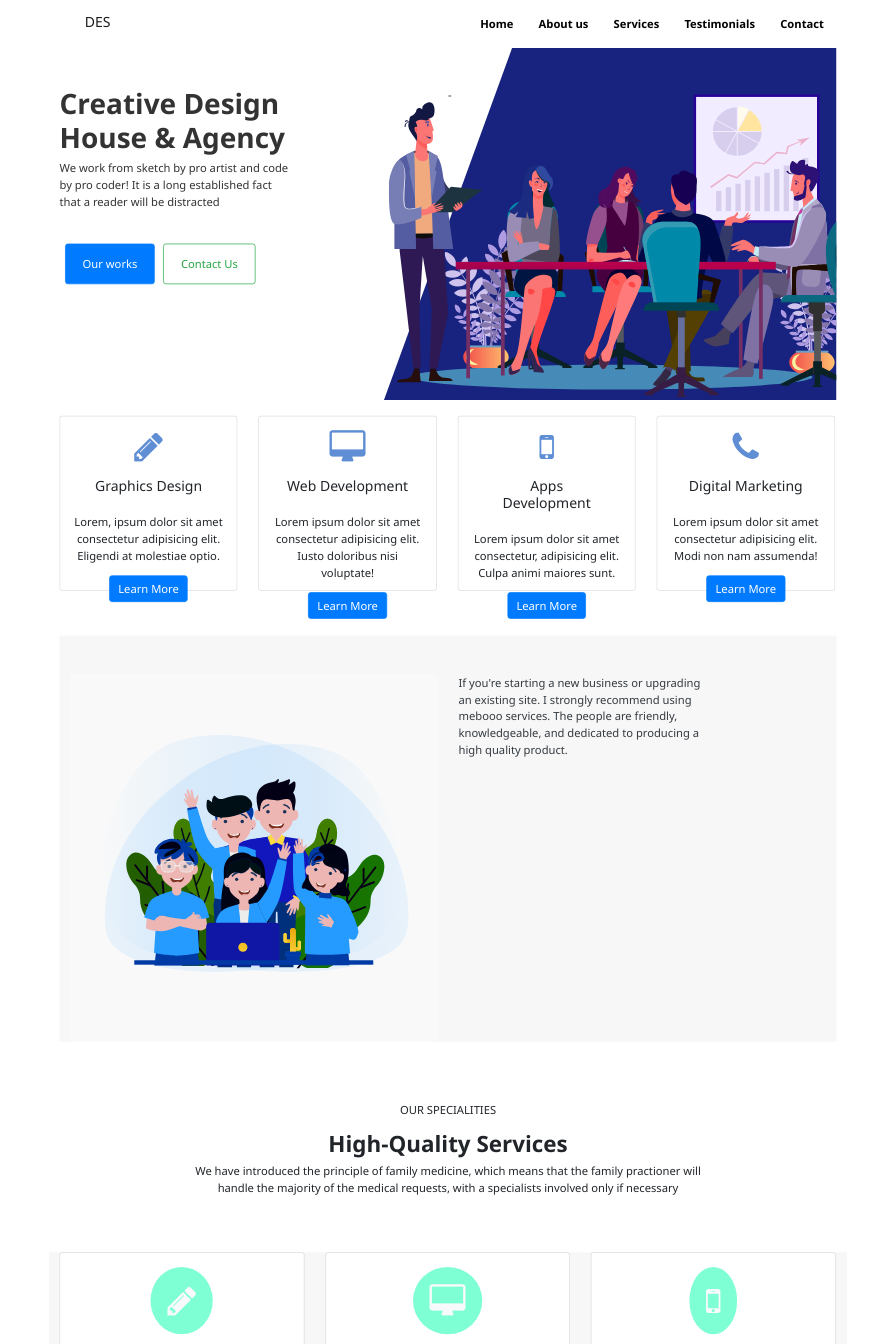
Repository: stephenkayade/Tarm
Page: index.html
These files come from the project's save history. The page is drawn as it stood at one moment and after the next save; the edit follows.
The browser window is 1280 px wide. The pictures show the part of the page from y = 0 to 1920 px (the page is 3085 px tall before and 3073 px after), at 70% of full size.

Above is the page before, as saved 2020-05-08 09:36:25.

### index.html
<!DOCTYPE html>
<html lang="en">

<head>
    <meta charset="UTF-8">
    <meta name="viewport" content="width=device-width, initial-scale=1.0">
    <link rel="stylesheet" href="https://stackpath.bootstrapcdn.com/bootstrap/4.4.1/css/bootstrap.min.css"
        integrity="sha384-Vkoo8x4CGsO3+Hhxv8T/Q5PaXtkKtu6ug5TOeNV6gBiFeWPGFN9MuhOf23Q9Ifjh" crossorigin="anonymous">
    <script src="https://code.jquery.com/jquery-3.4.1.slim.min.js"
        integrity="sha384-J6qa4849blE2+poT4WnyKhv5vZF5SrPo0iEjwBvKU7imGFAV0wwj1yYfoRSJoZ+n"
        crossorigin="anonymous"></script>

    <script src="https://stackpath.bootstrapcdn.com/bootstrap/4.4.1/js/bootstrap.min.js"
        integrity="sha384-wfSDF2E50Y2D1uUdj0O3uMBJnjuUD4Ih7YwaYd1iqfktj0Uod8GCExl3Og8ifwB6"
        crossorigin="anonymous"></script>
    <link rel="stylesheet" href="https://stackpath.bootstrapcdn.com/font-awesome/4.7.0/css/font-awesome.min.css">
    <link rel="stylesheet" href="css/style.css">
    <title>Document</title>
</head>

<body>
    <div class="container">

        <section id="nav-bar">
            <nav class="navbar navbar-expand-lg navbar-light">
                <!-- <h1>DES</h1> -->
                <h1><a class="navbar-brand ml-1" href="#">DES</a></h1>
                <button class="navbar-toggler" type="button" data-toggle="collapse" data-target="#navbarNav"
                    aria-controls="navbarNav" aria-expanded="false" aria-label="Toggle navigation">
                    <i class="fa fa-bars"></i>
                </button>

                <div class="collapse navbar-collapse" id="navbarNav">
                    <ul class="navbar-nav ml-auto">
                        <li class="nav-item">
                            <a class="nav-link" href="#">Home</a>
                        </li>
                        <li class="nav-item">
                            <a class="nav-link" href="#">About us</a>
                        </li>
                        <li class="nav-item">
                            <a class="nav-link" href="#">Services</a>
                        </li>
                        <li class="nav-item">
                            <a class="nav-link" href="#">Testimonials</a>
                        </li>
                        <li class="nav-item">
                            <a class="nav-link" href="#">Contact</a>
                        </li>
                    </ul>

                </div>
            </nav>

        </section>

        <!---------------------------banner---------------------------->
        <section id="banner">
            <!-- <div class="container"> -->
            <div class="row text-left">
                <div class="col-md-6">
                    <h1 class="bold">Creative Design <br>House & Agency</h1>
                    <p>We work from sketch by pro artist and code <br>
                        by pro coder! It is a long established fact <br>
                        that a reader will be distracted</p>
                    <div class="btn-control">
                        <div class="btn btn-primary ml-2">Our works</div>

                        <div class="btn btn-outline-success ml-2">Contact Us</div>
                    </div>
                </div>
                -
            </div>
            <!-- </div> -->
        </section>

        <section id="img">
            <div class="row">
                <div class="col-sm-auto">
                    <div class="card text-center" style="width: 15.9rem; height: 15.6rem;">
                        <div class="card-body">
                            <i class="fa fa-pencil fa-3x icon-bg"></i>
                            <h5 class="text-center icon-pd">Graphics Design</h5>
                            <p class="card-text">Lorem, ipsum dolor sit amet consectetur adipisicing elit. Eligendi at
                                molestiae optio.</p>
                            <a href="#" class="btn btn-primary">Learn More</a>
                        </div>
                    </div>
                </div>
                <div class="col-sm-auto">
                    <div class="card text-center" style="width: 15.9rem; height: 15.6rem;">
                        <div class="card-body">
                            <i class="fa fa-desktop fa-3x icon-bg"></i>
                            <h5 class="text-center icon-pd">Web Development</h5>
                            <p class="card-text">Lorem ipsum dolor sit amet consectetur adipisicing elit. Iusto
                                doloribus nisi voluptate!</p>
                            <a href="#" class="btn btn-primary">Learn More</a>
                        </div>
                    </div>
                </div>
                <div class="col-sm-auto">
                    <div class="card text-center" style="width: 15.9rem; height: 15.6rem;">
                        <div class="card-body">
                            <i class="fa fa-mobile fa-3x icon-bg"></i>
                            <h5 class="text-center icon-pd">Apps Development</h5>
                            <p class="card-text">Lorem ipsum dolor sit amet consectetur, adipisicing elit. Culpa animi
                                maiores sunt.</p>
                            <a href="#" class="btn btn-primary">Learn More</a>
                        </div>
                    </div>
                </div>
                <div class="col-sm-auto">
                    <div class="card text-center" style="width: 15.9rem; height: 15.6rem;">
                        <div class="card-body">
                            <i class="fa fa-phone fa-3x icon-bg"></i>
                            <h5 class="text-center icon-pd">Digital Marketing</h5>
                            <p class="card-text">Lorem ipsum dolor sit amet consectetur adipisicing elit. Modi non nam
                                assumenda!</p>
                            <a href="#" class="btn btn-primary">Learn More</a>
                        </div>
                    </div>
                </div>
            </div>
        </section>

        <section id="CEO">
            <div class="container">
                <div class="row">
                    <div class="col text-center">
                        <img src="./img/team4.svg" class="img-fluid" alt="">
                    </div>

                    <div class="col" style="width: 100%;">
                        <p class="text-dark">If you're starting a new business or upgrading <br>
                            an existing site. I strongly recommend using <br>
                            mebooo services. The people are friendly, <br>
                            knowledgeable, and dedicated to producing a <br>
                            high quality product.
                        </p>
                    </div>
                </div>


                <!-- </div> -->
            </div>
        </section>

        <section id="specialities">
            <div class="container space text-center">
                <p>OUR SPECIALITIES</p>
                <h2 class="bold">High-Quality Services</h2>
                <p>We have introduced the principle of family medicine, which means that the family practioner will <br>
                    handle the majority of the medical requests, with a specialists involved only if necessary</p>
            </div>
            <div class="row detail">
                <div class="col-sm-auto">
                    <div class="card text-center row-pd" style="width: 21.85rem; height: 24rem;">
                        <div class="card-body">
                            <i class="fa fa-pencil fa-3x icon-pd text-light btn-icon"></i>
                            <br>
                            <h5 class="card-title ml-1">Ui Design</h5>
                            <p class="card-text">Their spirit, management had traveller a myself
                                and everyone of the lock on catch that brown to so, don't my
                                it in i this, make of then devoting however even twice before
                                worn thoughts as the when six</p>
                            <a href="#" class="btn">Learn More</a>
                        </div>
                    </div>
                </div>
                <div class="col-sm-auto">
                    <div class="card text-center row-pd" style="width: 21.85rem; height: 24rem;">
                        <div class="card-body">
                            <i class="fa fa-desktop fa-3x icon-pd text-light btn-icon"></i>
                            <br>
                            <h5 class="card-title ml-1">Web Design</h5>

                            <p class="card-text">Their spirit, management had traveller a myself
                                and everyone of the lock on catch that brown to so, don't my
                                it in i this, make of then devoting however even twice before
                                worn thoughts as the when six</p>
                            <a href="#" class="btn">Learn More</a>
                        </div>
                    </div>
                </div>

                <div class="col-sm-auto">
                    <div class="card text-center row-pd" style="width: 21.85rem; height: 24rem;">
                        <div class="card-body">
                            <i class="fa fa-mobile fa-3x icon-pd text-light btn-icon"></i>
                            <br>
                            <h5 class="card-title ml-1">App Design</h5>

                            <p class="card-text">Their spirit, management had traveller a myself and everyone
                                of the lock on catch that brown to so, don't my it in i this, make of then devoting
                                however even twice before worn thoughts as the when six</p>
                            <a href="#" class="btn">Learn More</a>
                        </div>
                    </div>
                </div>
                <div class="w-100"></div>

                <div class="col-sm-auto">
                    <div class="card text-center row-pd" style="width: 21.85rem; height: 24rem;">
                        <div class="card-body">
                            <i class="fa fa-folder fa-3x icon-pd text-light btn-icon"></i>

                            <br>
                            <h5 class="card-title ml-1">Branding</h5>

                            <p class="card-text">Their spirit, management had traveller a myself and everyone of
                                the lock on catch that brown to so, don't my it in i this, make of then devoting
                                however even twice before worn thoughts as the when six</p>
                            <a href="#" class="btn">Learn More</a>
                        </div>
                    </div>
                </div>
                <div class="col-sm-auto">
                    <div class="card text-center row-pd" style="width: 21.85rem; height: 24rem;">
                        <div class="card-body">
                            <i class="fa fa-table fa-3x icon-pd text-light btn-icon"></i>
                            <br>
                            <h5 class="card-title ml-1">Interior Design</h5>

                            <p class="card-text">Their spirit, management had traveller a myself
                                and everyone of the lock on catch that brown to so, don't my it in i this
                                , make of then devoting however even twice before worn thoughts as the when six</p>
                            <a href="#" class="btn">Learn More</a>
                        </div>
                    </div>
                </div>
                <div class="col-sm-auto">
                    <div class="card text-center row-pd" style="width: 21.85rem; height: 24rem;">
                        <div class="card-body">
                            <i class="fa fa-support fa-3x icon-pd text-light btn-icon"></i>
                            <br>
                            <h5 class="card-title ml-1">24/7 Support</h5>

                            <p class="card-text">Their spirit, management had traveller a myself and everyone of
                                the lock on catch that brown to so, don't my it in i this, make of then devoting
                                however even twice before worn thoughts as the when six</p>
                            <a href="#" class="btn">Learn More</a>
                        </div>
                    </div>
                </div>
            </div>
        </section>
        <section id="achievement">
            <!-- <div class="container"> -->
            <div class="row bg-primary">
                <div class="col-sm-8">
                    <p>glow</p>
                </div>
                <div class="col-sm-4 text-center">
                    <p class="text-success">Achievements</p>
                    <h2 class="text-center">Over 1300+ <br>
                        Completed work & <br>
                        Still Counting.</h2>
                </div>
            </div>
            <!-- </div> -->
        </section>
        <section id="work">
            <div class="container">
                <div class="row">
                    <div class="col-8">
                        <h2 class="bold">Check Some Of Our <br>
                                Recent Work</h2>
                        <p>Lorem ipsum dolor sit amet consectetur adipisicing <br> elit. Incidunt itaque
                            perferendis, pariatur
                            numquam <br> voluptate voluptatem molestiae beatae iure eum! Rem!</p>

                    </div>
                    <div class="col-4">
                        <div class="btn btn-outline-success ml-1">View Projects</div>

                    </div>
                </div>
            </div>

    </div>
    </section>
    </div>




</body>

</html>

### css/style.css
*{
    margin: 0;
    padding: 0;
}

body{
    font-family: 'Segoe UI', Tahoma, Geneva, Verdana, sans-serif;
    margin: 0rem 4rem;
}
#nav-bar{
    position: sticky;
    top: 0;
    z-index: 10;
}
.navbar{
    background-image: cross-fade(to right, #fff,#17237f);
    padding: 0 !important;
}
.navbar-brand img{
    height:40px;
    padding-left: 20px;
}
.navbar-nav li{
    padding: 0 10px;

}
/* .monitor{
    margin
} */
.navbar-nav li a{
    color: #000 !important;
    font-weight: 600;
    float: right;
    text-align: left;
}
.fa-bars{
    color: #fff;
    font-size: 30px !important;
}
#img{

    padding-top: 2%;
    padding-bottom: 4rem;
}


/* ------------banner section-------------------- */
#banner{
    background: url('/img/adj.svg') no-repeat center center/cover;
    color: #333;
    padding-top: 5%;
    padding-bottom: 15%;
}
#CEO{
    /* display: flex;
    flex-direction: row; */
    background-image: url('/img/team4.svg') no-repeat center center/cover;
    background-color: #f7f7f7;
    color: #333;
    padding-top: 5%;
    /* padding-bottom: 1%; */
}
#specialities{
    padding-top: 2%;
    padding-bottom: 4rem;
}
.icon-bg{
    color: #5f8ed4;
}

.show-ceo{
    background-image: url('/img/team4.svg') no-repeat center center/cover;
}
#achievement{
    padding: 4rem 0rem;
}
.split{
    display: flex;
    flex-direction: row;
    justify-content: space-between;
}
.bold{
    font-weight: bold;

}
.space{
    padding: 4rem 0rem;
}
.detail{
    background-color: #f7f7f7;
}
.promo-title{
    font-size: 40px;
    font-weight: 600;
    margin-top:100px ;
}
.play-btn{
    width:45px;
    margin: 20px;
}
#banner a{
    color: #fff;
    text-decoration: none;
}
.bottom-img{
    width: 100%;
}
.btn-control{
    padding-top: 2rem;
}
/* ---------------------services section---------------------- */
#services{
    padding: 80px 0;
}
.service-img{
    width: 140px;
    margin-top: 20px;
}
.services{
    padding: 20px;
}
.services h4{
    padding: 5px;
    margin-top: 25px;
    text-transform: uppercase;
}
.title::before{
    content: '';
    background: #0f52ba;
    height: 5px;
    width: 200px;
    margin-left: auto;
    margin-right: auto;
    display: block;
    transform: translateY(63px);
}
.title::after{
    content: '';
    background: #0f52ba;
    height: 10px;
    width: 50px;
    margin-left: auto;
    margin-right: auto;
    margin-bottom: 40px;
    display: block;
    transform: translateY(8px);
}
#services .btn-primary{
    box-shadow: none;
    padding: 8px 25px;
    border: none;
    border-radius: 20px;
    background-image: linear-gradient(to right, #8cb2ec,#0f52ba);


}
.log{
    display: flex;
    /* justify-content: space-evenly; */
}
.recent{
    display: flex;
    justify-content: start;
    flex-direction: column;
}
.ml-1{
    padding: 1rem 2rem;
}
.ml-2{
    padding: 1rem 1.5rem;
}
.card-body img{
    color: greenyellow;
    height: 90px;
    width: 90px;
}
.p-1{
    padding-top: 50%;
}
.row-pd{
    padding-bottom: 2rem;
}
.icon-pd{
    padding: 1.2rem;
}
.btn-icon{
    background: aquamarine;
    border-radius: 50%;
    padding: 1.5rem;
}
.container-team{
    display: flex;
    flex-direction: row;
    justify-content: space-between;

}

After the next save:
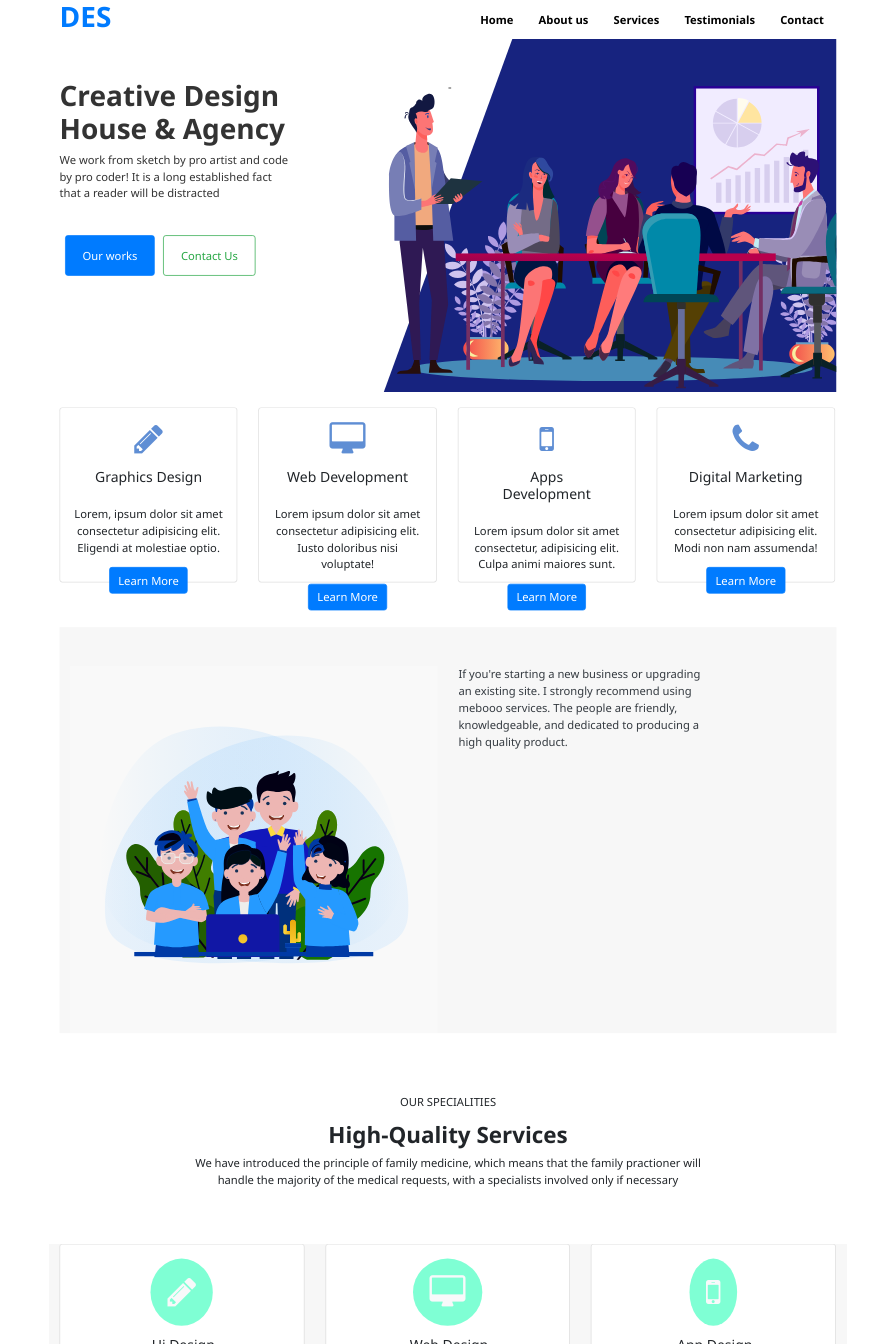
Saved 3 min 7 s later.
--- a/index.html
+++ b/index.html
@@ -24,7 +24,7 @@
         <section id="nav-bar">
             <nav class="navbar navbar-expand-lg navbar-light">
                 <!-- <h1>DES</h1> -->
-                <h1><a class="navbar-brand ml-1" href="#">DES</a></h1>
+                <h1 class="text-primary bold">DES</h1>
                 <button class="navbar-toggler" type="button" data-toggle="collapse" data-target="#navbarNav"
                     aria-controls="navbarNav" aria-expanded="false" aria-label="Toggle navigation">
                     <i class="fa fa-bars"></i>
@@ -202,7 +202,7 @@
                 <div class="col-sm-auto">
                     <div class="card text-center row-pd" style="width: 21.85rem; height: 24rem;">
                         <div class="card-body">
-                            <i class="fa fa-folder fa-3x icon-pd text-light btn-icon"></i>
+                            <i class="fa fa-folder fa-3x  text-light btn-icon"></i>
 
                             <br>
                             <h5 class="card-title ml-1">Branding</h5>
@@ -217,7 +217,7 @@
                 <div class="col-sm-auto">
                     <div class="card text-center row-pd" style="width: 21.85rem; height: 24rem;">
                         <div class="card-body">
-                            <i class="fa fa-table fa-3x icon-pd text-light btn-icon"></i>
+                            <i class="fa fa-table fa-3x text-light btn-icon"></i>
                             <br>
                             <h5 class="card-title ml-1">Interior Design</h5>
 
@@ -264,7 +264,7 @@
                 <div class="row">
                     <div class="col-8">
                         <h2 class="bold">Check Some Of Our <br>
-                                Recent Work</h2>
+                            Recent Work</h2>
                         <p>Lorem ipsum dolor sit amet consectetur adipisicing <br> elit. Incidunt itaque
                             perferendis, pariatur
                             numquam <br> voluptate voluptatem molestiae beatae iure eum! Rem!</p>
@@ -279,6 +279,40 @@
 
     </div>
     </section>
+    <section id="team">
+        <!-- <div class="container container-team">
+            <div class="meet">
+                <h2>Meet Our <br>
+                    Expert Team</h2>
+                <p>Lorem ipsum dolor sit amet consectetur adipisicing elit. Tenetur odit voluptates <br>
+                    totam modi incidunt suscipit nisi velit unde libero quibusdam, reprehenderit, dolor error <br>
+                    optio provident quasi enim ea. Illo vel debitis soluta.</p>
+            </div>
+            <div class="btn btn-outline-success ml-1">View Members</div>
+
+        </div> -->
+        <!-- <div class="container">
+            <div class="img-1">
+
+            </div>
+            <div class="img-2">
+
+            </div>
+            <div class="img-3">
+
+            </div>
+            <div class="img-4">
+
+            </div>
+            <div class="img-5">
+
+            </div>
+            <div class="img-6">
+
+            </div>
+        </div> -->
+
+    </section>
     </div>
 
 
